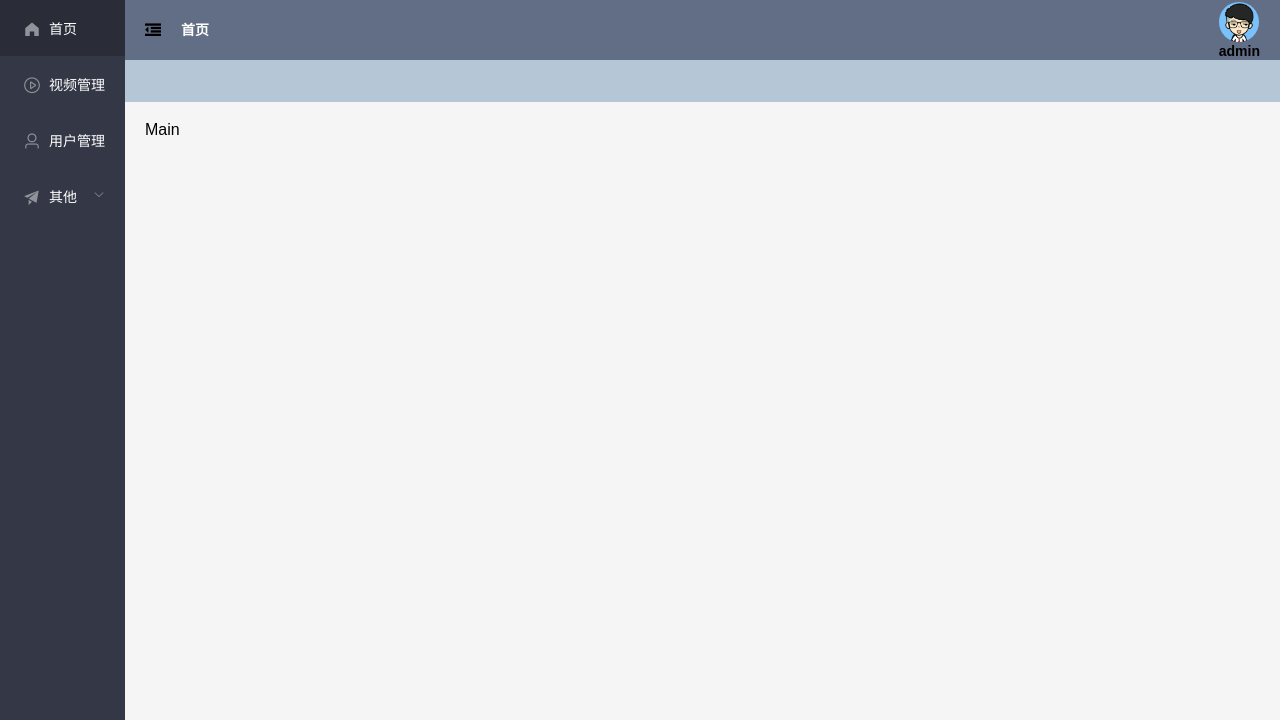
Repository: coWhy/vue-manage
Page: /
An editor plug-in stored every save of this project. The page is shown before and after the next save, followed by the edit.
The browser window is 1280 px wide. The pictures show the whole page.
The project was rebuilt for these pictures with package versions that can differ from the ones it lists, and the page was loaded fresh each time. Also part of the build but not shown: vue.config.js.

Above is the page before, as saved 2020-04-13 20:35:25.

### src/main.js
import Vue from 'vue'
import App from './App.vue'
import router from './router'
import store from './store'
import '@/assets/scss/reset.scss'
import ElementUI from 'element-ui'
import 'element-ui/lib/theme-chalk/index.css'
import '@/assets/font-awesome-4.7.0/css/font-awesome.css'
Vue.config.productionTip = false

console.log(
  `当前所处开发环境:【${process.env.NODE_ENV}】| 路由为: 【${process.env.VUE_APP_URL}】`
)
Vue.use(ElementUI)
new Vue({
  router,
  store,
  render: h => h(App)
}).$mount('#app')

### src/App.vue
<template>
  <div id="app">
    <router-view />
  </div>
</template>

<style lang="scss">
#app {
  // color: $theme-color;
  height: 100vh;
}
</style>

### src/router/index.js
import Vue from 'vue'
import VueRouter from 'vue-router'
//
const originalPush = VueRouter.prototype.push
VueRouter.prototype.push = function push(location) {
  return originalPush.call(this, location).catch(err => err)
}
Vue.use(VueRouter)

const routes = [
  {
    path: '/',
    component: () => import('@/views/layout/index')
  }
]

const router = new VueRouter({
  routes
})

export default router

### src/store/index.js
import Vue from 'vue'
import Vuex from 'vuex'
import tag from './modules/tag'
Vue.use(Vuex)

export default new Vuex.Store({
  state: {},
  mutations: {},
  actions: {},
  modules: {
    tag
  }
})

### src/assets/scss/_variable.scss
// 全局配置样式 修改主题颜色
$theme-color: #33aef0;

### src/views/layout/index.vue
<template>
  <el-container class="container">
    <!-- 左侧菜单栏 -->
    <el-aside width="auto">
      <common-aside></common-aside>
    </el-aside>
    <el-container>
      <!-- 头部 -->
      <el-header class="header">
        <common-header></common-header>
      </el-header>
      <!-- Tab标签 -->
      <common-tag class="tag"></common-tag>
      <!-- 主体 -->
      <el-main>
        Main
        <!-- <router-view></router-view> -->
      </el-main>
    </el-container>
  </el-container>
</template>

<script>
import CommonAside from './components/aside/index'
import CommonHeader from './components/header/index'
import CommonTag from './components/tag/index'
export default {
  components: {
    CommonAside,
    CommonHeader,
    CommonTag
  }
}
</script>

<style lang="scss" scoped>
.container {
  height: 100%;
}
.header {
  background-color: #626e85; // 头部背景色
  width: 100%;
}
.main {
  padding-top: 0;
}
</style>

### src/store/modules/tag.js
export default {
  state: {
    menuList: [], // 全部菜单
    curMenu: null // 点击选中的菜单
  },
  mutations: {
    // 点击 菜单之后 对应的tab 标签也要 进入 tabList 进行存放
    // 首页 不加入tabList
    getMenu(state, selectedMenu) {
      if (selectedMenu.name !== 'home') {
        state.curMenu = selectedMenu
      } else {
        state.curMenu = null
      }
    }
  },
  actions: {},
  modules: {}
}

### src/views/layout/components/aside/index.vue
<template>
  <el-menu
    default-active="2"
    class="el-menu-vertical-demo"
    :background-color="asideSetting.bgColor"
    :text-color="asideSetting.texteColor"
    :active-text-color="asideSetting.activeTextColor"
  >
    <!-- 这是没有子级菜单的
    handleClickMenu(item) 将选中的菜单元素存入store中的menu 用于tab使用
    由于 分两种情况 所以 下面两种 都需要加上handleClickMenu 事件
    v-for="item in noChildrenList" 遍历元素列表
    :index="item.path"  路由相关
    :key="item.title" 索引 避免重复
    -->
    <!-- noChildrenList -->
    <el-menu-item
      :index="item.path"
      v-for="item in noChildrenList"
      :key="item.title"
      @click="handleClickMenu(item)"
    >
      <i :class="item.icon"></i>
      <span slot="title">{{ item.title }}</span>
    </el-menu-item>
    <!-- hasChildrenList -->
    <el-submenu
      :index="item.title"
      v-for="item in hasChildrenList"
      :key="item.title"
    >
      <template slot="title">
        <i :class="item.icon"></i>
        <span slot="title">{{ item.title }}</span>
      </template>
      <el-menu-item-group>
        <el-menu-item
          :index="subItem.path"
          v-for="subItem in item.children"
          :key="subItem.title"
          @click="handleClickMenu(subItem)"
        >
          <i :class="subItem.icon"></i>
          <span slot="title">{{ subItem.title }}</span>
        </el-menu-item>
      </el-menu-item-group>
    </el-submenu>
  </el-menu>
</template>

<script>
export default {
  computed: {
    noChildrenList() {
      // asideMenuList 没有 子级菜单
      return this.asideMenuList.filter(item => !item.children)
    },
    hasChildrenList() {
      // asideMenuList 有 子级菜单
      return this.asideMenuList.filter(item => item.children)
    }
  },
  data() {
    return {
      asideSetting: {
        bgColor: '#343746', // 侧边栏背景颜色
        activeTextColor: '#4ffffb', // 选中字体的颜色
        texteColor: '#fff' // 默认字体颜色
      },
      //侧边栏菜单列表
      asideMenuList: [
        {
          path: '/',
          name: 'home',
          title: '首页',
          icon: 'el-icon-s-home'
        },
        {
          path: '/video',
          name: 'video',
          title: '视频管理',
          icon: 'el-icon-video-play'
        },
        {
          path: '/user',
          name: 'user',
          title: '用户管理',
          icon: 'el-icon-user'
        },
        {
          title: '其他',
          icon: 'el-icon-s-promotion',
          children: [
            {
              path: '/page1',
              name: 'page1',
              title: '页面1',
              icon: 'el-icon-setting'
            },
            {
              path: '/page2',
              name: 'page2',
              title: '页面2',
              icon: 'el-icon-setting'
            }
          ]
        }
      ]
    }
  },
  methods: {
    // 选中菜单 传入store
    handleClickMenu(item) {
      this.$store.commit('getMenu', item)
    }
  }
}
</script>

<style lang="scss" scoped>
.el-menu {
  // 菜单占满容器
  height: 100%;
  border: none;
}
</style>

### src/views/layout/components/header/index.vue
<template>
  <header class="header">
    <div class="l-content">
      <!-- 折叠标签 可以折叠左侧菜单栏 折叠：fa fa-outdent 展开： fa fa-indent -->
      <i class="fa fa-outdent" aria-hidden="true"></i>
      <!-- 面包屑导航 -->
      <el-breadcrumb separator="/">
        <!-- 默认保留一个 首页 -->
        <el-breadcrumb-item :to="{ path: '/' }">首页</el-breadcrumb-item>
        <!-- curMenu 不为null的时候才渲染出来 -->
        <el-breadcrumb-item :to="curMenu.path" v-if="curMenu">
          {{ curMenu.title }}
        </el-breadcrumb-item>
      </el-breadcrumb>
    </div>
    <!-- 用户部分 头像 下拉菜单 等 -->
    <div class="r-content">
      <el-dropdown trigger="click" size="mini">
        <span class="el-dropdown-link">
          <!-- 用户头像 和 用户名 动态获取 -->
          <img :src="userInfo.avatar" class="avatar" />
          <span class="name">{{ userInfo.username }}</span>
        </span>
        <el-dropdown-menu slot="dropdown">
          <el-dropdown-item>个人中心</el-dropdown-item>
          <el-dropdown-item>退出登录</el-dropdown-item>
        </el-dropdown-menu>
      </el-dropdown>
    </div>
  </header>
</template>

<script>
import { mapState } from 'vuex'
export default {
  computed: {
    ...mapState({
      curMenu: state => state.tag.curMenu // 选中的菜单对象
    })
  },
  data() {
    return {
      // 用户信息
      userInfo: {
        username: 'admin', // 用户名
        avatar: require('@/assets/images/user.png') // 用户头像
      }
    }
  },
  methods: {}
}
</script>

<style lang="scss" scoped>
.header {
  display: flex;
  height: 100%;
  align-items: center;
  justify-content: space-between;
}
.l-content {
  // width: 380;
  display: flex;
  align-items: center;
  i {
    margin-right: 20px;
  }
  justify-content: space-between;
}
.r-content {
  .avatar {
    width: 40px;
    height: 40px;
    border-radius: 50%;
  }
  .name {
    display: flex;
    height: 100%;
    color: black;
    font-weight: bolder;
    align-items: center;
  }
}
</style>
<style lang="scss">
.el-breadcrumb__item {
  .el-breadcrumb__inner {
    color: #b9d0fb;
    font-weight: normal;
  }
  &:last-child {
    .el-breadcrumb__inner {
      color: #ffffff;
      font-weight: bolder;
    }
  }
}
</style>

### src/views/layout/components/tag/index.vue
<template>
  <div class="tags">
    <!--  tabs标签
  不是首页才可以关闭
  -->
    <el-tag
      :key="tag"
      v-for="tag in dynamicTags"
      closable
      :disable-transitions="false"
      @close="handleClose(tag)"
    >
      {{ tag }}
    </el-tag>
  </div>
</template>

<script>
export default {
  methods: {
    // 关闭tag
    handleClose() {}
  }
}
</script>

<style lang="scss" scoped>
.tags {
  background-color: #b5c6d6;
  position: relative;
  height: 42px;
  border: none;
  overflow: hidden;
  padding: 10px;
  .el-tag {
    padding-top: 1px;
    padding-bottom: 1px;
    margin-right: 15px;
    cursor: pointer;
  }
}
</style>

Loaded but not shown: public/index.html (common file); src/assets/scss/reset.scss (common file); src/assets/font-awesome-4.7.0/css/font-awesome.css (library)

After the next save:
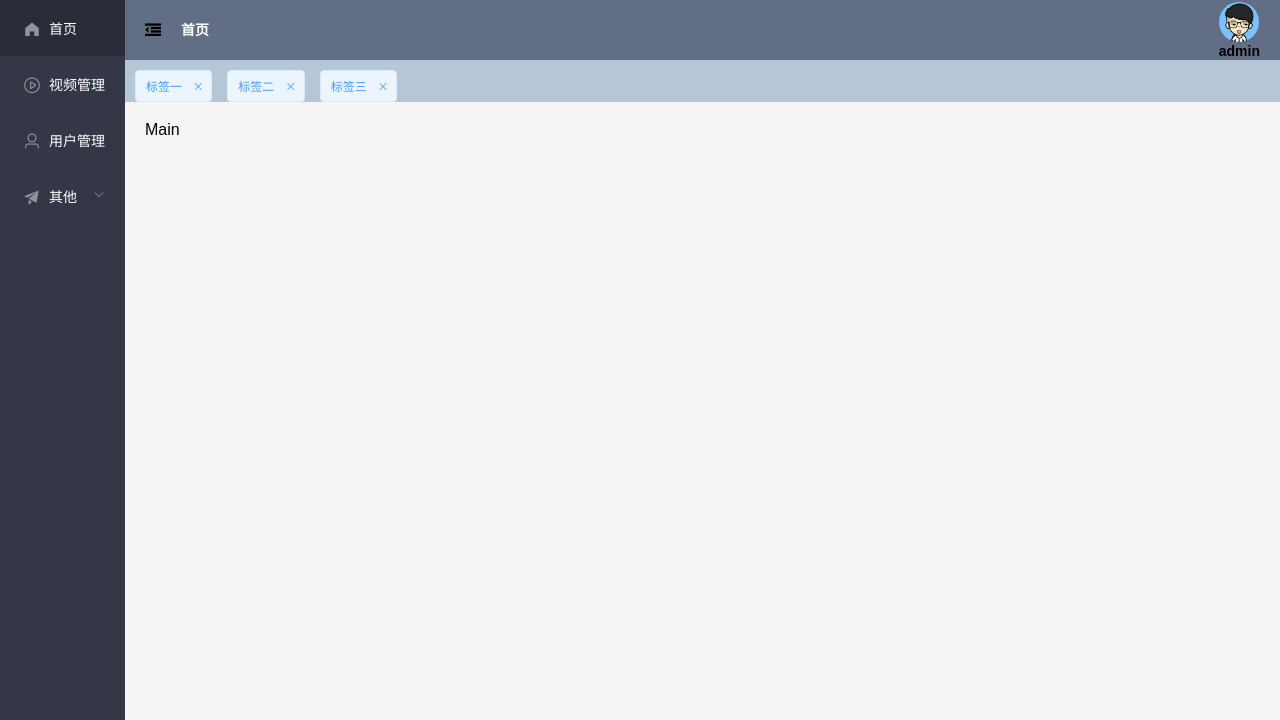
Saved 27 s later.
--- a/src/views/layout/components/tag/index.vue
+++ b/src/views/layout/components/tag/index.vue
@@ -17,9 +17,33 @@
 
 <script>
 export default {
+  data() {
+    return {
+      dynamicTags: ['标签一', '标签二', '标签三'],
+      inputVisible: false,
+      inputValue: ''
+    }
+  },
   methods: {
-    // 关闭tag
-    handleClose() {}
+    handleClose(tag) {
+      this.dynamicTags.splice(this.dynamicTags.indexOf(tag), 1)
+    },
+
+    showInput() {
+      this.inputVisible = true
+      this.$nextTick(_ => {
+        this.$refs.saveTagInput.$refs.input.focus()
+      })
+    },
+
+    handleInputConfirm() {
+      let inputValue = this.inputValue
+      if (inputValue) {
+        this.dynamicTags.push(inputValue)
+      }
+      this.inputVisible = false
+      this.inputValue = ''
+    }
   }
 }
 </script>
